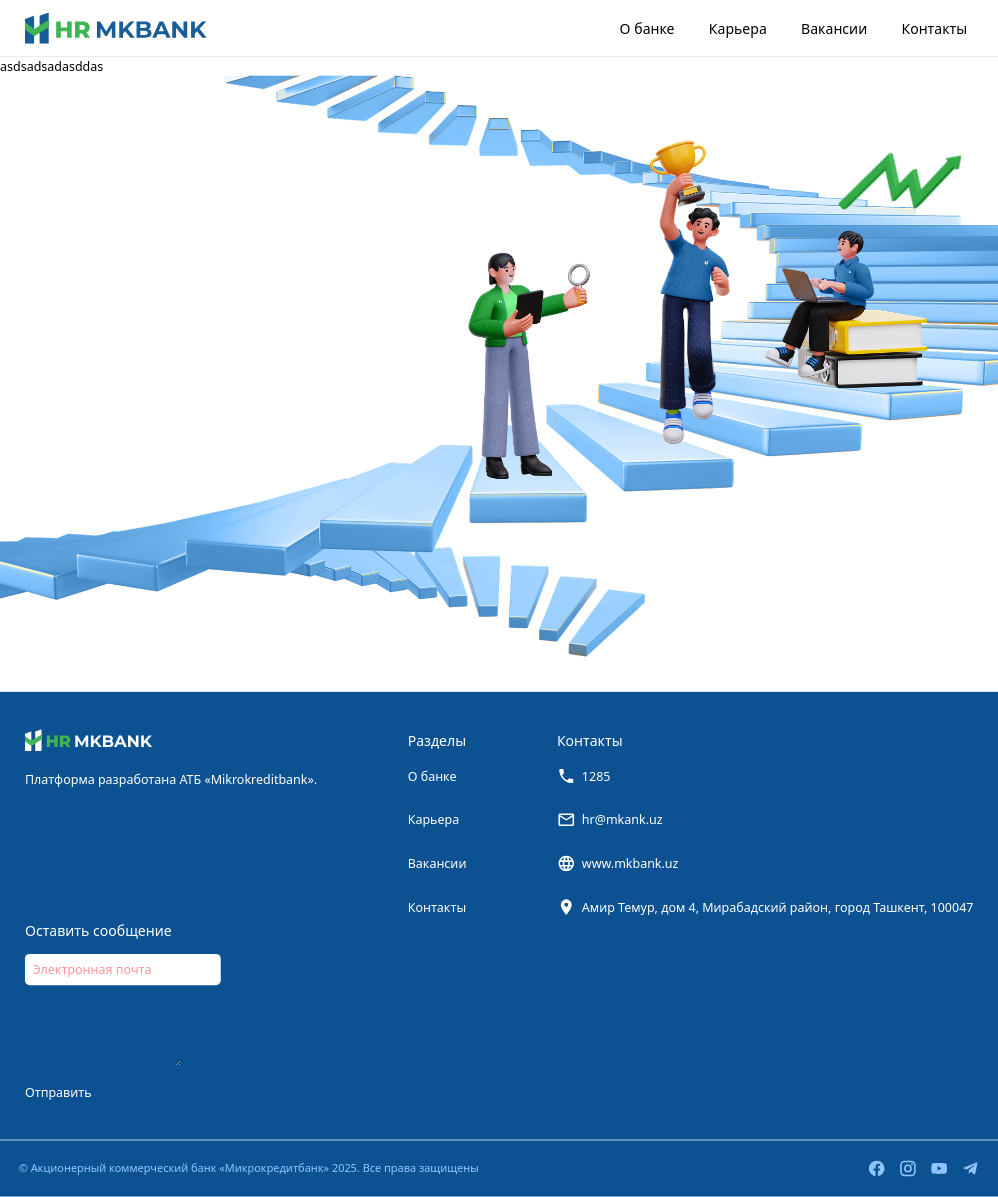
Repository: Albert24-Front-end/hr_mkbank-main
Page: /
These files come from the project's save history. The page is drawn as it stood at one moment and after the next save; the edit follows.
The browser window is 1280 px wide. The pictures show the whole page, at 78% of full size.
The project was rebuilt for these pictures with package versions that can differ from the ones it lists, and the page was loaded fresh each time. Also part of the build but not shown: vite.config.js.

Above is the page before, as saved 2025-05-07 14:17:35.

### index.html
<!DOCTYPE html>
<html lang="">
  <head>
    <meta charset="UTF-8">
    <link rel="icon" href="/favicon.ico">
    <meta name="viewport" content="width=device-width, initial-scale=1.0">
    <title>HR MKBank</title>
  </head>
  <body>
    <div id="app"></div>
    <script type="module" src="/src/main.js"></script>
  </body>
</html>

### src/main.js
import '@/styles/main.css'

import { createApp } from 'vue'
import { introducePlugins } from './plugins'
import App from '@/App.vue'

const app = createApp(App)

introducePlugins(app)

app.mount('#app')

### src/plugins/index.js
import { createPinia } from 'pinia'
import router from '@/router'

export function introducePlugins(app) {
    app
    .use(createPinia())
    .use(router)
}

### src/App.vue
<script setup>
import { RouterLink, RouterView } from 'vue-router'
import AppBar from './components/AppBar.vue'
import AppFooter from './components/AppFooter.vue'

</script>

<template>
  <!-- <header>
    <img alt="Vue logo" class="logo" src="@/assets/logo.svg" width="125" height="125" />

    <div class="wrapper">
      <HelloWorld msg="You did it!" />

      <nav>
        <RouterLink to="/">Home</RouterLink>
        <RouterLink to="/about">About</RouterLink>
      </nav>
    </div>
  </header>

  <RouterView /> -->
  <AppBar/>
  <main>asdsadsadasddas
    <img src="./assets/pictures/intro-bg.png" alt="">
  </main>
  <AppFooter></AppFooter>
</template>

<style scoped>

</style>

### src/router/index.js
import { createRouter, createWebHistory } from 'vue-router'
import App from '@/App.vue'

const router = createRouter({
  history: createWebHistory(import.meta.env.BASE_URL),
  routes: [
    {
      path: '/',
      name: 'home',
      component: App,
    },
    {
      path: '/about',
      name: 'about',
      // route level code-splitting
      // this generates a separate chunk (About.[hash].js) for this route
      // which is lazy-loaded when the route is visited.
      // component: () => import(),
    },
  ],
})

export default router

### src/components/AppBar.vue
<script setup>
import { onBeforeMount, onMounted, ref } from 'vue';
    const isMenuOpen = ref(false);
    const toggleMenu = () => {
        isMenuOpen.value = !isMenuOpen.value;
    }
    const closeMenu = () =>{
        isMenuOpen.value = false;
    }
    const handleWidth = () =>{
        if(window.innerWidth >= 768) {
            closeMenu();
        }
    }
    onMounted(()=>{
        window.addEventListener('resize', handleWidth)
    });
    onBeforeMount(()=>{
        window.removeEventListener('resize', handleWidth)
    });
</script>

<template>
    <nav class="container w-full mx-auto px-4 sm:px-6 lg:px-8 py-4 border-b border-gray-200 flex justify-between items-center">
        <div class="flex items-center">
                <a href="/" aria-current="page"><img src="../assets/pictures/logo_2.svg" alt="logo" class="h-10 w-auto"></a>
        </div>
        <div class="desktop-menu hidden md:flex">
            <ul class=" w-full flex justify-between items-center gap-3 md:gap-5 lg:gap-7 text-base lg:text-lg">
                <li class="py-1 px-2 hover:cursor-pointer hover:bg-sky-100 rounded-lg"><a href="https://mkbank.uz/ru/about/">О банке</a></li>
                <li class="py-1 px-2 hover:cursor-pointer hover:bg-sky-100 rounded-lg"><a href="">Карьера</a></li>
                <li class="py-1 px-2 hover:cursor-pointer hover:bg-sky-100 rounded-lg"><a href="">Вакансии</a></li>
                <li class="py-1 px-2 hover:cursor-pointer hover:bg-sky-100 rounded-lg"><a href="">Контакты</a></li>
            </ul>
        </div>
        <div class="burger-menu-button md:hidden mt-2">
            <button @click="toggleMenu">
                <span><svg xmlns="http://www.w3.org/2000/svg" width="24" height="24" viewBox="0 0 24 24"><path fill="oklch(72.3% 0.219 149.579)" d="M3 6h18v2H3zm0 5h18v2H3zm0 5h18v2H3z"/></svg></span>
            </button>
        </div>
        <div class="mobile-menu  flex-column md-hidden absolute top-3 right-3 px-3 py-3 bg-slate-50" v-if="isMenuOpen">
            <button class="flex justify-self-end" @click="closeMenu">
                <span>
                    <svg xmlns="http://www.w3.org/2000/svg" width="24" height="24" viewBox="0 0 24 24"><path fill="oklch(72.3% 0.219 149.579)" d="M19 6.41L17.59 5L12 10.59L6.41 5L5 6.41L10.59 12L5 17.59L6.41 19L12 13.41L17.59 19L19 17.59L13.41 12z"/></svg>
                </span>
            </button>
            <ul class=" w-full flex-column justify-between items-center gap-3 md:gap-5 lg:gap-7 py-6 text-base lg:text-lg ">
                <li class="py-4 px-2 hover:cursor-pointer hover:bg-sky-100 rounded-lg font-xl"><a href="https://mkbank.uz/ru/about/">О банке</a></li>
                <li class="py-4 px-2 hover:cursor-pointer hover:bg-sky-100 rounded-lg font-xl"><a href="">Карьера</a></li>
                <li class="py-4 px-2 hover:cursor-pointer hover:bg-sky-100 rounded-lg font-xl"><a href="">Вакансии</a></li>
                <li class="py-4 px-2 hover:cursor-pointer hover:bg-sky-100 rounded-lg font-xl"><a href="">Контакты</a></li>
            </ul>
        </div>
    </nav>
</template>

<style scoped>

</style>

### src/components/AppFooter.vue
<script setup>

</script>

<template>
    <footer class="footer">
        <div class="container w-full mx-auto px-4 sm:px-6 lg:px-8 py-12 flex justify-between items-start flex-wrap">
            <div class="space-y-4 md:space-y-6">
                <a href="/" class="block"><img src="../assets/pictures/footer-logo.svg" alt="footer-logo"></a>
                <p class="text-base">Платформа разработана АТБ «Mikrokreditbank».</p>
            </div>
            <div>
                <h3 class="text-bold text-lg mb-4">Разделы</h3>
                <ul class="space-y-4 md:space-y-6 text-base">
                    <li class="hover:cursor-pointer hover:underline py-1"><a href="https://mkbank.uz/ru/about/">О банке</a></li>
                    <li class="hover:cursor-pointer hover:underline py-1"><a href="">Карьера</a></li>
                    <li class="hover:cursor-pointer hover:underline py-1"><a href="">Вакансии</a></li>
                    <li class="hover:cursor-pointer hover:underline py-1"><a href="">Контакты</a></li>
                </ul>
            </div>
            <div>
                <h3 class="text-bold text-lg mb-4">Контакты</h3>
                <ul class="space-y-4 md:space-y-6 text-base">
                    <li class="hover:cursor-pointer hover:underline py-1 flex gap-2">
                        <span><svg xmlns="http://www.w3.org/2000/svg" width="24" height="24" viewBox="0 0 24 24"><path fill="currentColor" d="M6.62 10.79c1.44 2.83 3.76 5.15 6.59 6.59l2.2-2.2c.28-.28.67-.36 1.02-.25c1.12.37 2.32.57 3.57.57a1 1 0 0 1 1 1V20a1 1 0 0 1-1 1A17 17 0 0 1 3 4a1 1 0 0 1 1-1h3.5a1 1 0 0 1 1 1c0 1.25.2 2.45.57 3.57c.11.35.03.74-.25 1.02z"/></svg></span>
                        <a class="" href="tel:1285">1285</a>
                    </li>
                    <li class="hover:cursor-pointer hover:underline py-1 flex gap-2">
                        <span><svg xmlns="http://www.w3.org/2000/svg" width="24" height="24" viewBox="0 0 24 24"><path fill="currentColor" d="M22 6c0-1.1-.9-2-2-2H4c-1.1 0-2 .9-2 2v12c0 1.1.9 2 2 2h16c1.1 0 2-.9 2-2zm-2 0l-8 5l-8-5zm0 12H4V8l8 5l8-5z"/></svg></span>
                        <a href="https://t.me/hrmkbank">hr@mkank.uz</a></li>
                    <li class="hover:cursor-pointer hover:underline py-1 flex gap-2">
                        <span><svg xmlns="http://www.w3.org/2000/svg" width="24" height="24" viewBox="0 0 24 24"><path fill="currentColor" d="M16.36 14c.08-.66.14-1.32.14-2s-.06-1.34-.14-2h3.38c.16.64.26 1.31.26 2s-.1 1.36-.26 2m-5.15 5.56c.6-1.11 1.06-2.31 1.38-3.56h2.95a8.03 8.03 0 0 1-4.33 3.56M14.34 14H9.66c-.1-.66-.16-1.32-.16-2s.06-1.35.16-2h4.68c.09.65.16 1.32.16 2s-.07 1.34-.16 2M12 19.96c-.83-1.2-1.5-2.53-1.91-3.96h3.82c-.41 1.43-1.08 2.76-1.91 3.96M8 8H5.08A7.92 7.92 0 0 1 9.4 4.44C8.8 5.55 8.35 6.75 8 8m-2.92 8H8c.35 1.25.8 2.45 1.4 3.56A8 8 0 0 1 5.08 16m-.82-2C4.1 13.36 4 12.69 4 12s.1-1.36.26-2h3.38c-.08.66-.14 1.32-.14 2s.06 1.34.14 2M12 4.03c.83 1.2 1.5 2.54 1.91 3.97h-3.82c.41-1.43 1.08-2.77 1.91-3.97M18.92 8h-2.95a15.7 15.7 0 0 0-1.38-3.56c1.84.63 3.37 1.9 4.33 3.56M12 2C6.47 2 2 6.5 2 12a10 10 0 0 0 10 10a10 10 0 0 0 10-10A10 10 0 0 0 12 2"/></svg></span>
                        <a href="https://mkbank.uz/">www.mkbank.uz</a></li>
                    <li class="hover:cursor-pointer hover:underline py-1 flex gap-2">
                        <span><svg xmlns="http://www.w3.org/2000/svg" width="24" height="24" viewBox="0 0 24 24"><path fill="currentColor" d="M12 11.5A2.5 2.5 0 0 1 9.5 9A2.5 2.5 0 0 1 12 6.5A2.5 2.5 0 0 1 14.5 9a2.5 2.5 0 0 1-2.5 2.5M12 2a7 7 0 0 0-7 7c0 5.25 7 13 7 13s7-7.75 7-13a7 7 0 0 0-7-7"/></svg></span>
                        <a href="https://www.google.com/maps/place/MKBANK/@41.3100777,69.2753101,17z/data=!3m1!4b1!4m6!3m5!1s0x38ae8ba594d8c345:0x7147eb21a3155320!8m2!3d41.3100737!4d69.277885!16s%2Fg%2F11jsf6rjyd?entry=ttu&g_ep=EgoyMDI1MDQzMC4xIKXMDSoASAFQAw%3D%3D">Амир Темур, дом 4, Мирабадский район, город Ташкент, 100047</a></li>
                </ul>
            </div>
            <div>
                <h3 class="text-bold text-lg mb-4">Оставить сообщение</h3>
                <form class="space-y-4">
                    <div class="w-full inline-flex items-center rounded-md   bg-white">
                        <input type="email" value placeholder="Электронная почта" class="w-full rounder-md px-2.5 py-2 placeholder:text-dimmed focus:outline-none bg-default text-red-500">
                    </div>
                    <div><input type="text"></div>
                    <div><textarea name="" id=""></textarea></div>
                    <button type="button">Отправить</button>
                </form>
            </div>
        </div>
        <div class="w-full flex justify-center items-center text-center" data-orientation="horizontal" role="separator">
            <div class="w-full border-gray-200 border-solid border-b"></div>
        </div>
        <div class="container w-full mx-auto flex flex-col md:flex-row justify-between items-center px-6 py-6 text-sm text-blue-300">
            <span class="text-center md:text-left">&copy; Акционерный коммерческий банк «Микрокредитбанк» 2025. Все права защищены</span>
            <div class="social-links flex gap-4 mt-4 md:mt-0">
                <span><a href="https://www.facebook.com/mkbank.uz"><svg xmlns="http://www.w3.org/2000/svg" width="24" height="24" viewBox="0 0 24 24"><path fill="currentColor" d="M12 2.04c-5.5 0-10 4.49-10 10.02c0 5 3.66 9.15 8.44 9.9v-7H7.9v-2.9h2.54V9.85c0-2.51 1.49-3.89 3.78-3.89c1.09 0 2.23.19 2.23.19v2.47h-1.26c-1.24 0-1.63.77-1.63 1.56v1.88h2.78l-.45 2.9h-2.33v7a10 10 0 0 0 8.44-9.9c0-5.53-4.5-10.02-10-10.02"/></svg></a></span>
                <span><a href="https://www.instagram.com/mkbank.uz"><svg xmlns="http://www.w3.org/2000/svg" width="24" height="24" viewBox="0 0 24 24"><path fill="currentColor" d="M7.8 2h8.4C19.4 2 22 4.6 22 7.8v8.4a5.8 5.8 0 0 1-5.8 5.8H7.8C4.6 22 2 19.4 2 16.2V7.8A5.8 5.8 0 0 1 7.8 2m-.2 2A3.6 3.6 0 0 0 4 7.6v8.8C4 18.39 5.61 20 7.6 20h8.8a3.6 3.6 0 0 0 3.6-3.6V7.6C20 5.61 18.39 4 16.4 4zm9.65 1.5a1.25 1.25 0 0 1 1.25 1.25A1.25 1.25 0 0 1 17.25 8A1.25 1.25 0 0 1 16 6.75a1.25 1.25 0 0 1 1.25-1.25M12 7a5 5 0 0 1 5 5a5 5 0 0 1-5 5a5 5 0 0 1-5-5a5 5 0 0 1 5-5m0 2a3 3 0 0 0-3 3a3 3 0 0 0 3 3a3 3 0 0 0 3-3a3 3 0 0 0-3-3"/></svg></a></span>
                <span><a href="https://www.youtube.com/@mkbankuz"><svg xmlns="http://www.w3.org/2000/svg" width="24" height="24" viewBox="0 0 24 24"><path fill="currentColor" d="m10 15l5.19-3L10 9zm11.56-7.83c.13.47.22 1.1.28 1.9c.07.8.1 1.49.1 2.09L22 12c0 2.19-.16 3.8-.44 4.83c-.25.9-.83 1.48-1.73 1.73c-.47.13-1.33.22-2.65.28c-1.3.07-2.49.1-3.59.1L12 19c-4.19 0-6.8-.16-7.83-.44c-.9-.25-1.48-.83-1.73-1.73c-.13-.47-.22-1.1-.28-1.9c-.07-.8-.1-1.49-.1-2.09L2 12c0-2.19.16-3.8.44-4.83c.25-.9.83-1.48 1.73-1.73c.47-.13 1.33-.22 2.65-.28c1.3-.07 2.49-.1 3.59-.1L12 5c4.19 0 6.8.16 7.83.44c.9.25 1.48.83 1.73 1.73"/></svg></a></span>
                <span><a href="https://t.me/mkbankuz"><svg xmlns="http://www.w3.org/2000/svg" width="24" height="24" viewBox="0 0 24 24"><path d="M9.78 18.65l.28-4.23l7.68-6.92c.34-.31-.07-.46-.52-.19L7.74 13.3L3.64 12c-.88-.25-.89-.86.2-1.3l15.97-6.16c.73-.33 1.43.18 1.15 1.3l-2.72 12.81c-.19.91-.74 1.13-1.5.71L12.6 16.3l-1.99 1.93c-.23.23-.42.42-.83.42z" fill="currentColor"/></svg></a></span>
            </div>
        </div>
    </footer>
</template>

<style scoped>
    .footer {
        background-color: #0c5292;
        color: #fff;
        /* position: fixed;
        bottom: 0; */
        width: 100%;
    }
</style>

Loaded but not shown: src/styles/main.css (common file)

After the next save:
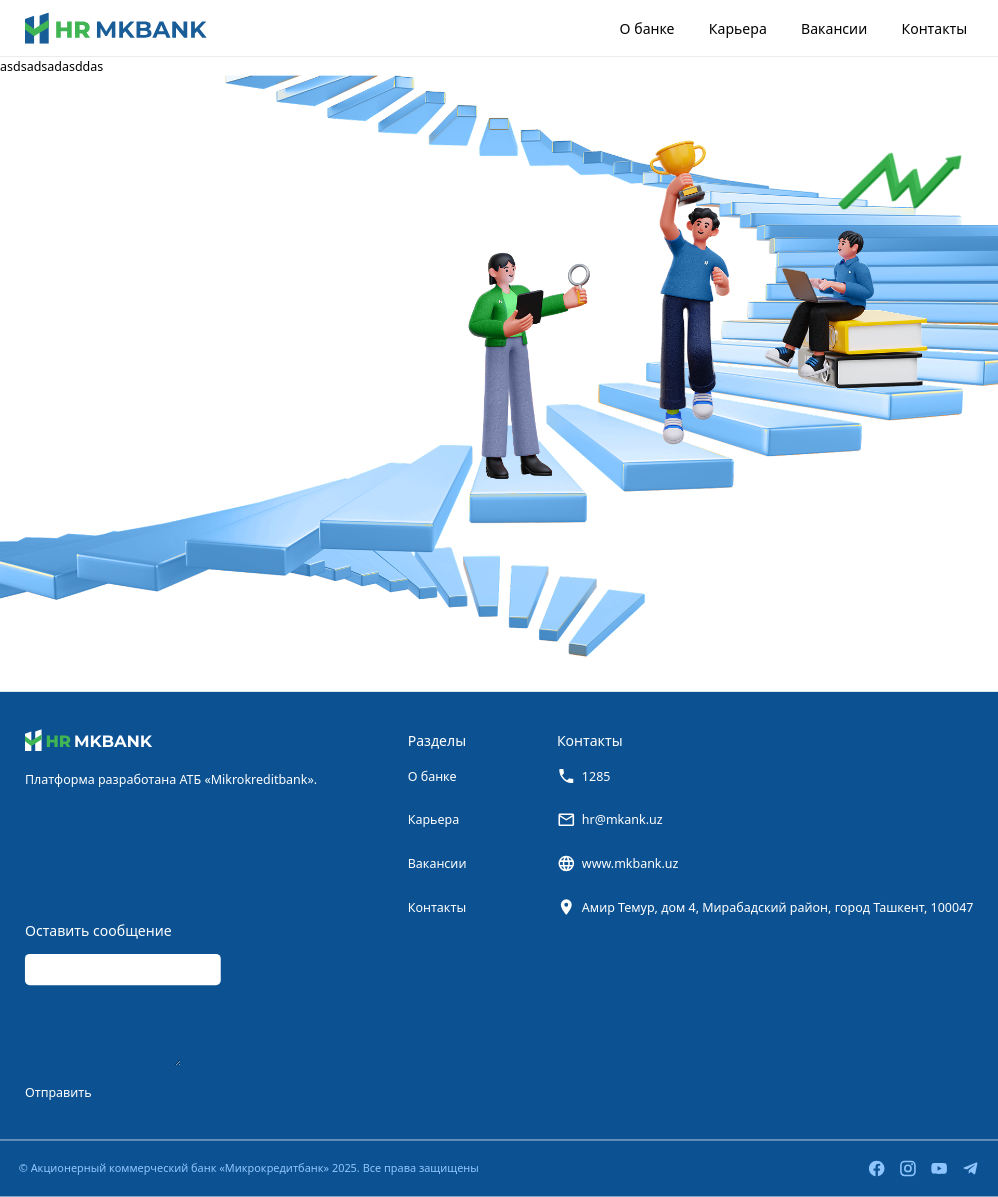
Saved 10 s later.
--- a/src/components/AppFooter.vue
+++ b/src/components/AppFooter.vue
@@ -40,7 +40,7 @@
                 <h3 class="text-bold text-lg mb-4">Оставить сообщение</h3>
                 <form class="space-y-4">
                     <div class="w-full inline-flex items-center rounded-md   bg-white">
-                        <input type="email" value placeholder="Электронная почта" class="w-full rounder-md px-2.5 py-2 placeholder:text-dimmed focus:outline-none bg-default text-red-500">
+                        <input type="email" value placeholder="Электронная почта" class="w-full rounder-md px-2.5 py-2 placeholder:text-dimmed focus:outline-none bg-default ">
                     </div>
                     <div><input type="text"></div>
                     <div><textarea name="" id=""></textarea></div>

After the save that followed:
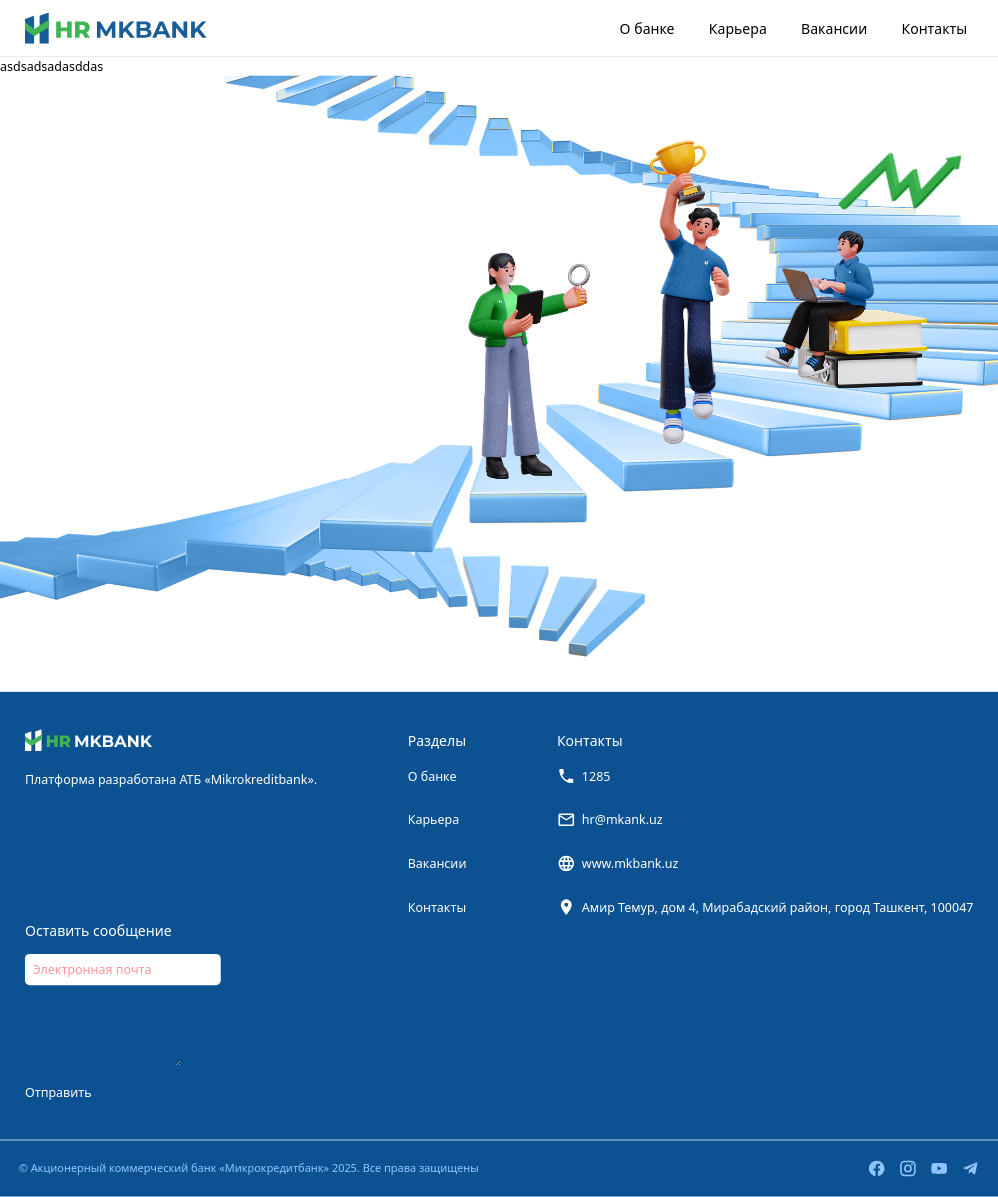
Saved 4 s later.
--- a/src/components/AppFooter.vue
+++ b/src/components/AppFooter.vue
@@ -40,7 +40,7 @@
                 <h3 class="text-bold text-lg mb-4">Оставить сообщение</h3>
                 <form class="space-y-4">
                     <div class="w-full inline-flex items-center rounded-md   bg-white">
-                        <input type="email" value placeholder="Электронная почта" class="w-full rounder-md px-2.5 py-2 placeholder:text-dimmed focus:outline-none bg-default ">
+                        <input type="email" value placeholder="Электронная почта" class="w-full rounder-md px-2.5 py-2 placeholder:text-dimmed focus:outline-none bg-default text-red-500">
                     </div>
                     <div><input type="text"></div>
                     <div><textarea name="" id=""></textarea></div>
